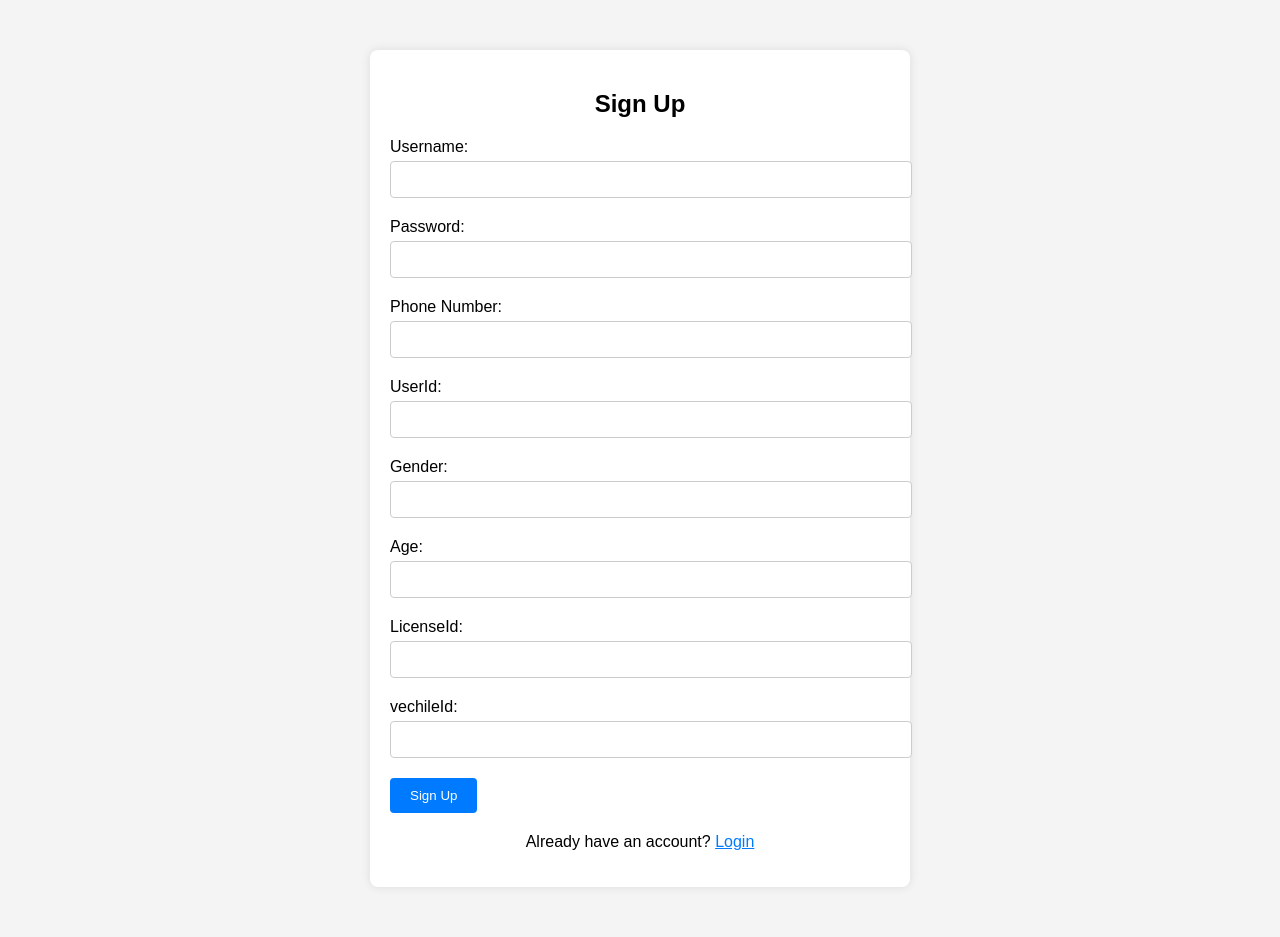
Repository: suryavishakan/parking_management
Page: http://localhost/signup
The author's editor kept a copy of each file at every save. The page is drawn from the files as they stood at one save, then again after a run of saves.
The browser window is 1280 px wide. The pictures show the whole page.
The page is served by the project's application, run on Flask 3 (app.py).

Above is the page before, as saved 2024-04-20 13:49:45.

After the next 6 saves:
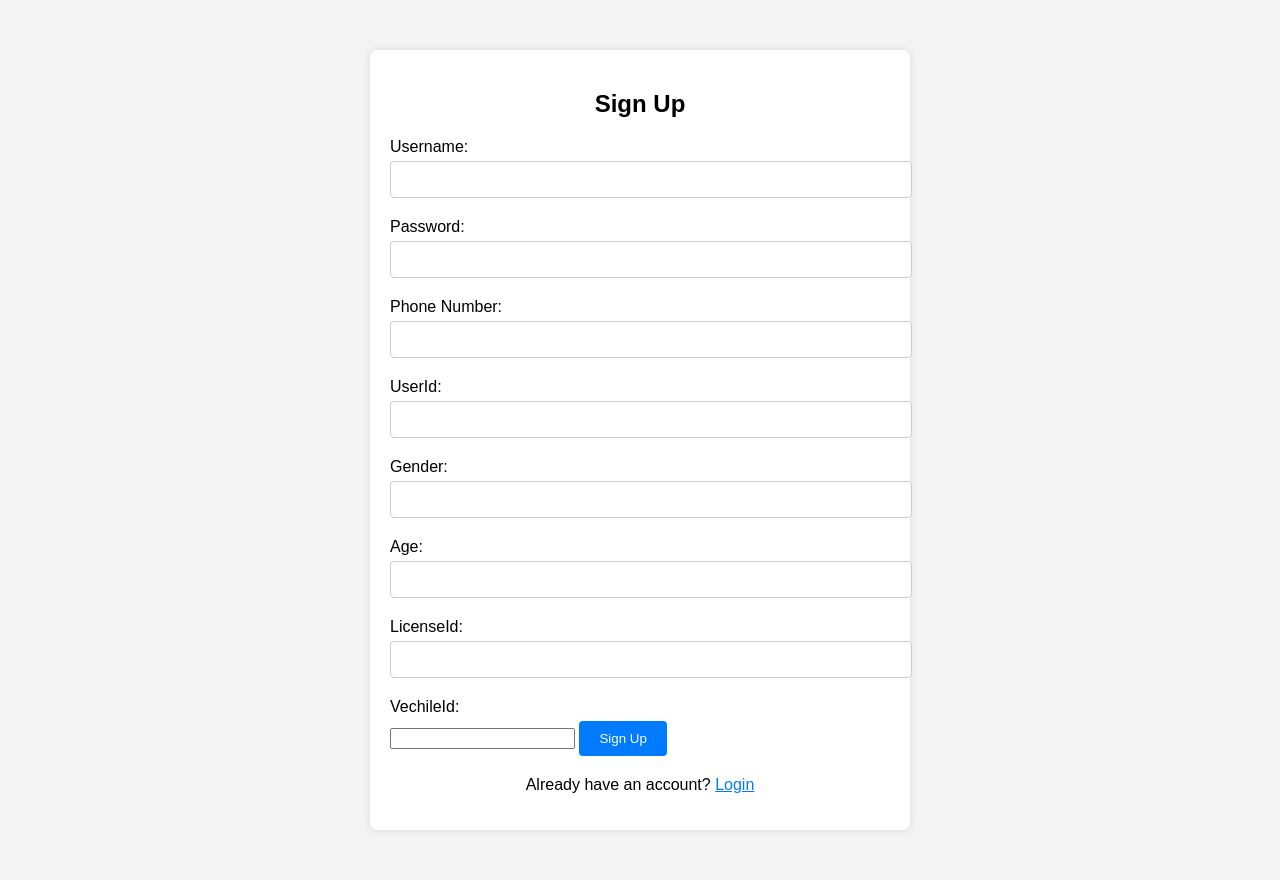
The 6 saves are shown as one change because they came seconds apart.
The last was saved 28 s later.
--- a/templates/signup.html
+++ b/templates/signup.html
@@ -89,8 +89,8 @@
             <label for="licenseId">LicenseId:</label>
             <input type="text" id="licenseId" name="licenseId" required>
 
-            <label for="vechileId">vechileId:</label>
-            <input type="phoneNumber" id="phoneNumber" name="phoneNumber" required>
+            <label for="vechileId">VechileId:</label>
+            <input type="vechileId" id="phoneNumber" name="phoneNumber" required>
             <button type="submit">Sign Up</button>
         </form>
         <p>Already have an account? <a href="{{ url_for('login') }}">Login</a></p>
